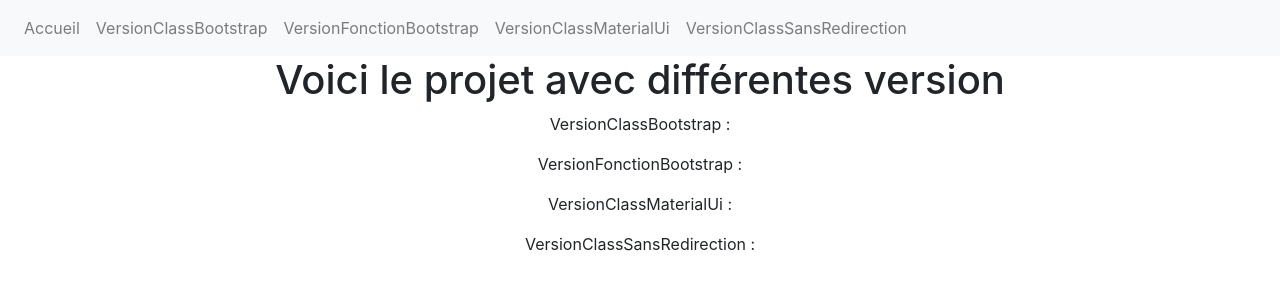
Repository: LudovicB21/CountryTest
Page: /
These files come from the project's save history. The page is drawn as it stood at one moment and after the next save; the edit follows.
The browser window is 1280 px wide. The pictures show the whole page.
The project was rebuilt for these pictures with package versions that can differ from the ones it lists, and the page was loaded fresh each time. Also part of the build but not shown: src/components/VersionClassBootstrap/ListPays.components.js, src/components/VersionClassMaterialUi/ListPays.components.js, src/components/VersionFonctionBoostrap/ListPays.components.js, src/components/VersionSansRedirection/ListPays.component.js, src/components/VersionClassBootstrap/InfoPays.components.js, src/components/VersionClassMaterialUi/InfoPays.components.js, src/components/VersionFonctionBoostrap/InfoPays.components.js.

Above is the page before, as saved 2020-10-29 12:12:12.

### public/index.html
<!DOCTYPE html>
<html lang="en">
  <head>
    <meta charset="utf-8" />
    <link rel="icon" href="%PUBLIC_URL%/favicon.ico" />
    <link rel="stylesheet" href="https://cdn.jsdelivr.net/npm/bootstrap@4.5.3/dist/css/bootstrap.min.css" integrity="sha384-TX8t27EcRE3e/ihU7zmQxVncDAy5uIKz4rEkgIXeMed4M0jlfIDPvg6uqKI2xXr2" crossorigin="anonymous">
    <meta name="viewport" content="width=device-width, initial-scale=1" />
    <meta name="theme-color" content="#000000" />
    <meta
      name="description"
      content="Web site created using create-react-app"
    />
    <link rel="apple-touch-icon" href="%PUBLIC_URL%/logo192.png" />
    <!--
      manifest.json provides metadata used when your web app is installed on a
      user's mobile device or desktop. See https://developers.google.com/web/fundamentals/web-app-manifest/
    -->
    <link rel="manifest" href="%PUBLIC_URL%/manifest.json" />
    <link
      rel="stylesheet"
      href="https://maxcdn.bootstrapcdn.com/bootstrap/4.5.0/css/bootstrap.min.css"
      integrity="sha384-9aIt2nRpC12Uk9gS9baDl411NQApFmC26EwAOH8WgZl5MYYxFfc+NcPb1dKGj7Sk"
      crossorigin="anonymous"
    />
    <link rel="stylesheet" href="https://cdn.jsdelivr.net/npm/bootstrap@4.5.3/dist/css/bootstrap.min.css" integrity="sha384-TX8t27EcRE3e/ihU7zmQxVncDAy5uIKz4rEkgIXeMed4M0jlfIDPvg6uqKI2xXr2" crossorigin="anonymous">

    <!--
      Notice the use of %PUBLIC_URL% in the tags above.
      It will be replaced with the URL of the `public` folder during the build.
      Only files inside the `public` folder can be referenced from the HTML.

      Unlike "/favicon.ico" or "favicon.ico", "%PUBLIC_URL%/favicon.ico" will
      work correctly both with client-side routing and a non-root public URL.
      Learn how to configure a non-root public URL by running `npm run build`.
    -->
    <title>React App</title>
  </head>
  <body>
    <noscript>You need to enable JavaScript to run this app.</noscript>
    <div id="root"></div>
    <!--
      This HTML file is a template.
      If you open it directly in the browser, you will see an empty page.

      You can add webfonts, meta tags, or analytics to this file.
      The build step will place the bundled scripts into the <body> tag.

      To begin the development, run `npm start` or `yarn start`.
      To create a production bundle, use `npm run build` or `yarn build`.
    -->
  </body>
</html>

### src/App.js
import React from 'react';
import './App.css';
import ListPays from "./components/VersionClassBootstrap/ListPays.components"
import ListPaysMaterial from "./components/VersionClassMaterialUi/ListPays.components"
import ListPaysFonction from "./components/VersionFonctionBoostrap/ListPays.components"
import ListPaysSansRedirection from "./components/VersionSansRedirection/ListPays.component"
import Accueil from "./components/Accueil"
import { BrowserRouter as Router, Route, Switch} from 'react-router-dom'
import InfoPays from "./components/VersionClassBootstrap/InfoPays.components"
import InfosPaysMaterial from "./components/VersionClassMaterialUi/InfoPays.components"
import InfoPaysFonction from "./components/VersionFonctionBoostrap/InfoPays.components"
import Nav from "./components/Navigation"
function App() {
  return (
    <div className="App">
        <Router>
          <Nav />
          <Switch>
            <Route path="/"  exact component={Accueil} />
            <Route path="/VersionClassBootstrap" exact component={ListPays} />
            <Route path="/VersionFonctionBoostrap" exact component={ListPaysFonction} />
            <Route path="/VersionClassMaterialUi" exact component={ListPaysMaterial} />
            <Route path="/VersionSansRedirection" exact component={ListPaysSansRedirection} />
            <Route path="/VersionClassMaterialUi/:id" component={InfosPaysMaterial} />
            <Route path="/VersionClassBootstrap/:id"  component={InfoPays }/>
            <Route path="/VersionFonctionBoostrap/:id" component={InfoPaysFonction} />
          </Switch>
        </Router>
    </div>
  );
}

export default App;

### src/components/Accueil.js
import React, { Component } from 'react'

class Accueil extends Component {
    render() {
        return (
            <div className="container">
                <h1> Voici le projet avec différentes version  </h1>
                <div>
                    <p> VersionClassBootstrap :</p>
                    <p> VersionFonctionBootstrap :</p>
                    <p> VersionClassMaterialUi :</p>
                    <p> VersionClassSansRedirection :</p>
                </div>
            </div>
        )
    }
}

export default Accueil

### src/components/Navigation.js
import React, { Component } from 'react';
import { Link } from 'react-router-dom';

class Navigation extends Component {
    render() {
        return (
            <nav className="navbar navbar-expand-lg navbar-light bg-light">
            <button className="navbar-toggler" type="button" data-toggle="collapse" data-target="#navbarNav" aria-controls="navbarNav" aria-expanded="false" aria-label="Toggle navigation">
                <span className="navbar-toggler-icon"></span>
            </button>
            <div className="collapse navbar-collapse" id="navbarNav">
                <ul className="navbar-nav">
                    <Link to="/">
                        <li className="nav-item">
                            <a className="nav-link">Accueil</a>
                        </li>
                    </Link>
                    <Link to="/VersionClassBootstrap">
                        <li className="nav-item">
                            <a className="nav-link">VersionClassBootstrap</a>
                        </li>
                    </Link>
                    <Link to="/VersionFonctionBoostrap">
                        <li className="nav-item">
                            <a className="nav-link">VersionFonctionBootstrap</a>
                        </li>
                    </Link>
                    <Link to="/VersionClassMaterialUi">
                        <li className="nav-item">
                            <a className="nav-link">VersionClassMaterialUi</a>
                        </li>
                    </Link>
                    <Link to="/VersionSansRedirection">
                        <li className="nav-item">
                            <a className="nav-link">VersionClassSansRedirection</a>
                        </li>
                    </Link>
                </ul>
            </div>
            </nav>
        )
    }
}

export default Navigation

Loaded but not shown: src/index.js (common file); src/index.css (common file); src/serviceWorker.js (common file); src/App.css (common file)

After the next save:
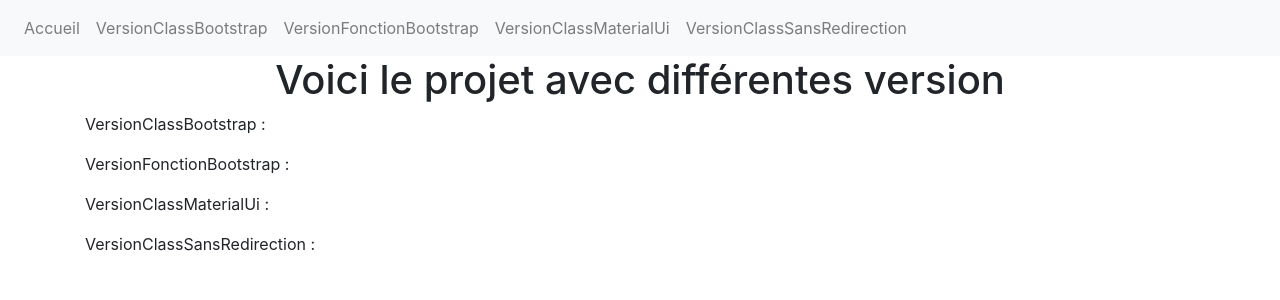
Saved 32 s later.
--- a/src/components/Accueil.js
+++ b/src/components/Accueil.js
@@ -5,7 +5,7 @@ class Accueil extends Component {
         return (
             <div className="container">
                 <h1> Voici le projet avec différentes version  </h1>
-                <div>
+                <div style={{textAlign: "left"}}>
                     <p> VersionClassBootstrap :</p>
                     <p> VersionFonctionBootstrap :</p>
                     <p> VersionClassMaterialUi :</p>
